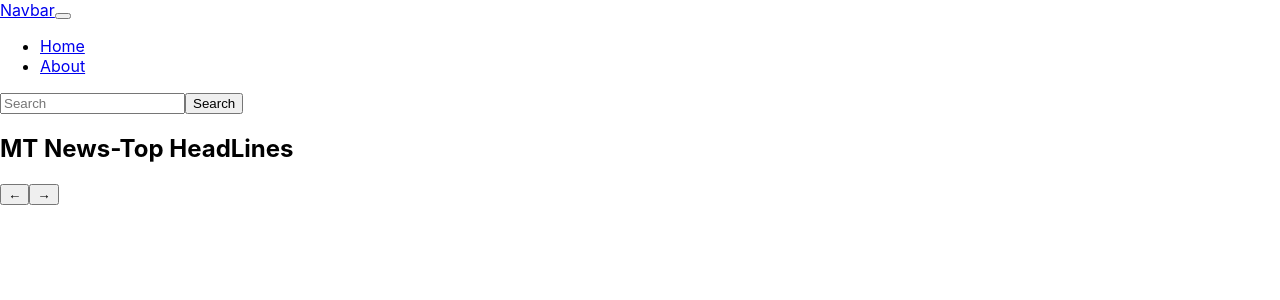
Repository: professorsourabh/news_website_using-ReactJS
Page: /
An editor plug-in stored every save of this project. The page is shown before and after the next save, followed by the edit.
The browser window is 1280 px wide. The pictures show the whole page.
The page's requests for data from a server got no answer. The project was rebuilt for these pictures with package versions that can differ from the ones it lists, and the page was loaded fresh each time. No one was signed in, and anything a server would have sent is missing. Also part of the build but not shown: src/App.css, src/Components/NewsaItem.js.

Above is the page before, as saved 2023-05-14 10:39:25.

After the next save:
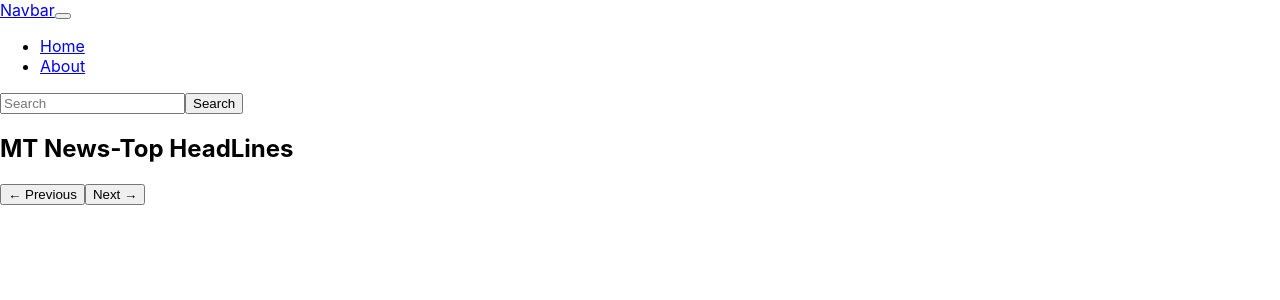
Saved 61 s later.
--- a/src/Components/News.js
+++ b/src/Components/News.js
@@ -34,9 +34,9 @@
         })}
         </div>
         <div className="container d-flex justify-content-between">
-          <button type='button' className='btn btn-info my-2 mx-2'>&#8592;</button>
+          <button type='button' className='btn btn-info my-2 mx-2'>&#8592; Previous</button>
 
-          <button type='button' className='btn btn-info my-2 mx-2'>&#8594;</button>
+          <button type='button' className='btn btn-info my-2 mx-2'>Next &#8594;</button>
         </div>
 
 
